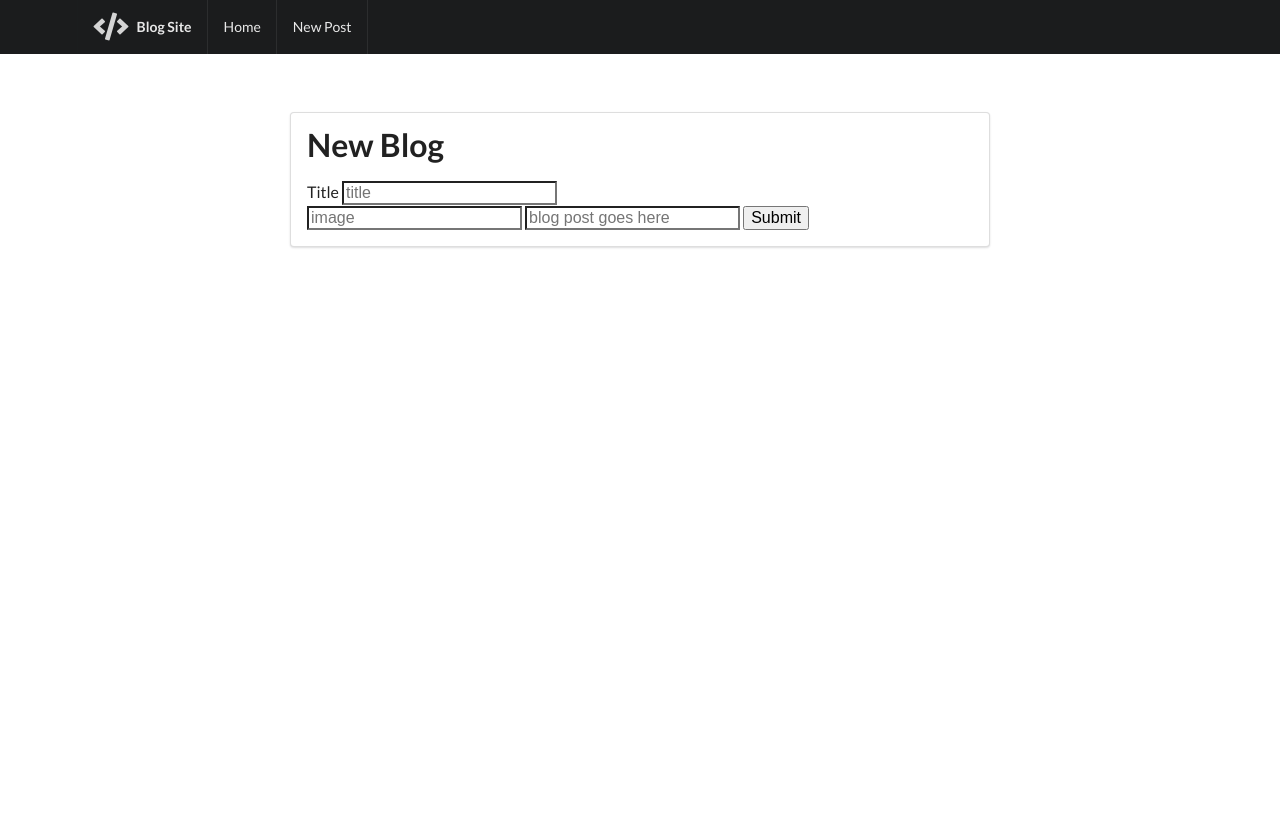
Repository: bosicheng/yelpcamp-project
Page: http://localhost/blogs/new
The author's editor kept a record of every edit. The page is drawn from the files as they stood at one moment, then again after the next edit.
The browser window is 1280 px wide. The pictures show the whole page.
The page is served by the project's Node server (RESTful Routing/RESTfulBlogApp/app.js).

Above is the page before.

### RESTful Routing/RESTfulBlogApp/views/new.ejs
<% include partials/header %>
<div class='ui main text container segment'>
    <div class='ui huge header'>
        New Blog
    </div>
    <form action='/blogs' method='POST'>
        <!--这里是直接添加req.body.body下属性而不是先改req.body下属性再加-->
        <div class='field'>
            <label>Title</label>
            <input type='text' name='blog[title]' placeholder='title'>
        </div>

        <input type='text' name='blog[image]' placeholder='image'>
        <input type='text' name='blog[body]' placeholder='blog post goes here'>
        <input type='submit'>
    </form>
</div>
<% include partials/footer %>

### RESTful Routing/RESTfulBlogApp/views/partials/header.ejs
<!DOCTYPE html>
<html>
    <head>
        <title>Blog App</title>
        <link rel="stylesheet" href="https://cdn.jsdelivr.net/npm/semantic-ui@2.4.2/dist/semantic.min.css">
        <!--下面的stylesheets前面一定要加slash!!-->
        <link rel="stylesheet" href="/stylesheets/app.css">
    </head>
    <body>
        <div class='ui fixed inverted menu'>
            <div class='ui container'>
                 <div class='header item'><i class='code icon'></i>Blog Site</div>
                 <a href='/' class='item'>Home</a>
                 <a href='/blogs/new' class='item'>New Post</a>
            </div>
        </div>

### RESTful Routing/RESTfulBlogApp/app.js
var express=require("express");
var app=express();
var bodyParser=require("body-parser");
var mongoose=require("mongoose");
var methodOverride=require('method-override');

//APP CONFIG
mongoose.connect('mongodb://localhost:27017/restful_blog_app', { useNewUrlParser: true });
app.set('view engine','ejs');
app.use(express.static('public'));
app.use(bodyParser.urlencoded({extended:true}));
app.use(methodOverride("_method"));

//MONGOOSE CONFIG

var blogSchema=new mongoose.Schema({
    title:String,
    image:String,
    body:String,
    // 设置默认样式
    created:{
                type:Date,
                default:Date.now
            }
});

var Blog=mongoose.model("Blog",blogSchema);

// Blog.create({
//     title:'test',
//     image:'https://pixabay.com/get/ea36b70c2ffc1c22d2524518b7444795ea76e5d004b0144595f3c37ea2e5b2_340.jpg',
//     body:'Hello!',
// })

//RESTful Routes

app.get('/',function(req,res){
    res.redirect('/blogs');
})

//INDEX
app.get('/blogs',function(req,res){
    Blog.find({},function(err,blogs){
        if(err){
            console.log('ERROR!');
        }
        else{
            res.render('index',{blogs:blogs})
        }
    })
})

//NEW
app.get('/blogs/new',function(req,res){
    res.render('new')
})

//CREATE
app.post('/blogs',function(req,res){
    //create blog
    Blog.create(req.body.blog,function(err,newBlog){
        if(err){
            res.render('new')
        }
        else{
            res.redirect('blogs')
        }
    })
    //redirect to the index
})

app.get('/blogs/:id',function(req,res){
    Blog.findById(req.params.id,function(err,foundBlog){
        if(err){
            res.redirect('/blogs');
        }
        else{
            res.render('show',{blog:foundBlog})
        }
    })
})

//EDIT
app.get('/blogs/:id/edit',function(req,res){
    Blog.findById(req.params.id,function(err,foundBlog){
        if(err){
            res.redirect('blogs')
        }
        else{
            res.render('edit',{blog:foundBlog})
        }
    })
})

//UPDATE同时也发生在EDIT GET到的界面里
// 操作是在edit的form表单中写PUT欺骗html是POST但是express会识别并将其改成PUT
//UPDATE
app.put('/blogs/:id',function(req,res){
    Blog.findByIdAndUpdate(req.params.id,req.body.blog,function(err,updatedBlog){
        if(err){
            res.redirect('/blogs')
        }
        else{
            res.redirect('/blogs/'+req.params.id)
        }
    })
})


//DELETE
app.delete('/blogs/:id',function(req,res){
    //destroy the blog and redirect somewhere
    Blog.findByIdAndRemove(req.params.id,function(err){
        if(err){
            res.redirect('/blogs')
        }
        else{
            res.redirect('/blogs')
        }
    })
})

app.listen(process.env.PORT,process.env.IP,function(){
    console.log("Server is listening!");
})

### RESTful Routing/RESTfulBlogApp/public/stylesheets/app.css
i.icon{
    font-size: 2em;
}
/*这里不要加空格！，连在一起写是两个class都有的意思*/
.container.main{
    margin-top: 7em;
}
#delete{
    display: inline;
}

Loaded but not shown: RESTful Routing/RESTfulBlogApp/views/partials/footer.ejs (common file)

After the next edit:
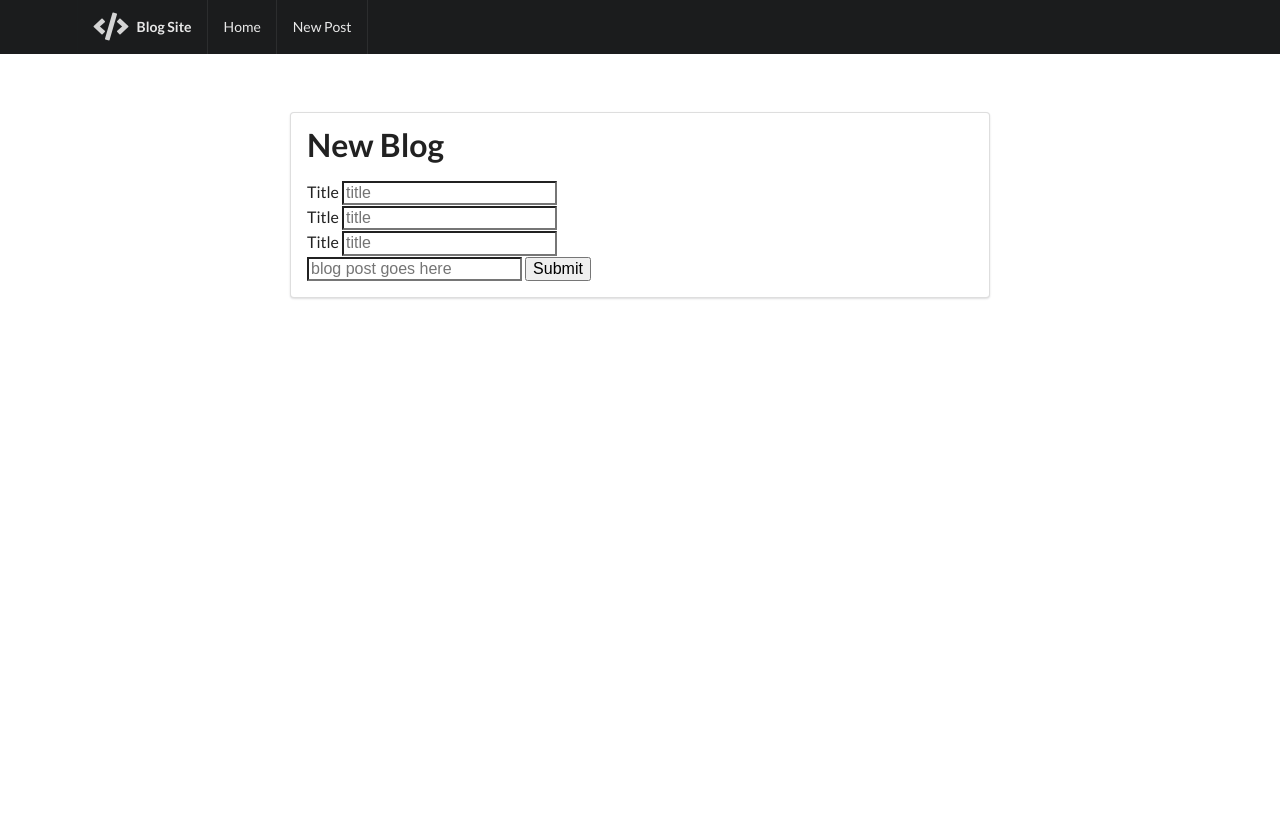
The edit:
--- a/RESTful Routing/RESTfulBlogApp/views/new.ejs
+++ b/RESTful Routing/RESTfulBlogApp/views/new.ejs
@@ -9,8 +9,15 @@
             <label>Title</label>
             <input type='text' name='blog[title]' placeholder='title'>
         </div>
+        <div class='field'>
+            <label>Title</label>
+            <input type='text' name='blog[title]' placeholder='title'>
+        </div>
+        <div class='field'>
+            <label>Title</label>
+            <input type='text' name='blog[title]' placeholder='title'>
+        </div>
 
-        <input type='text' name='blog[image]' placeholder='image'>
         <input type='text' name='blog[body]' placeholder='blog post goes here'>
         <input type='submit'>
     </form>
